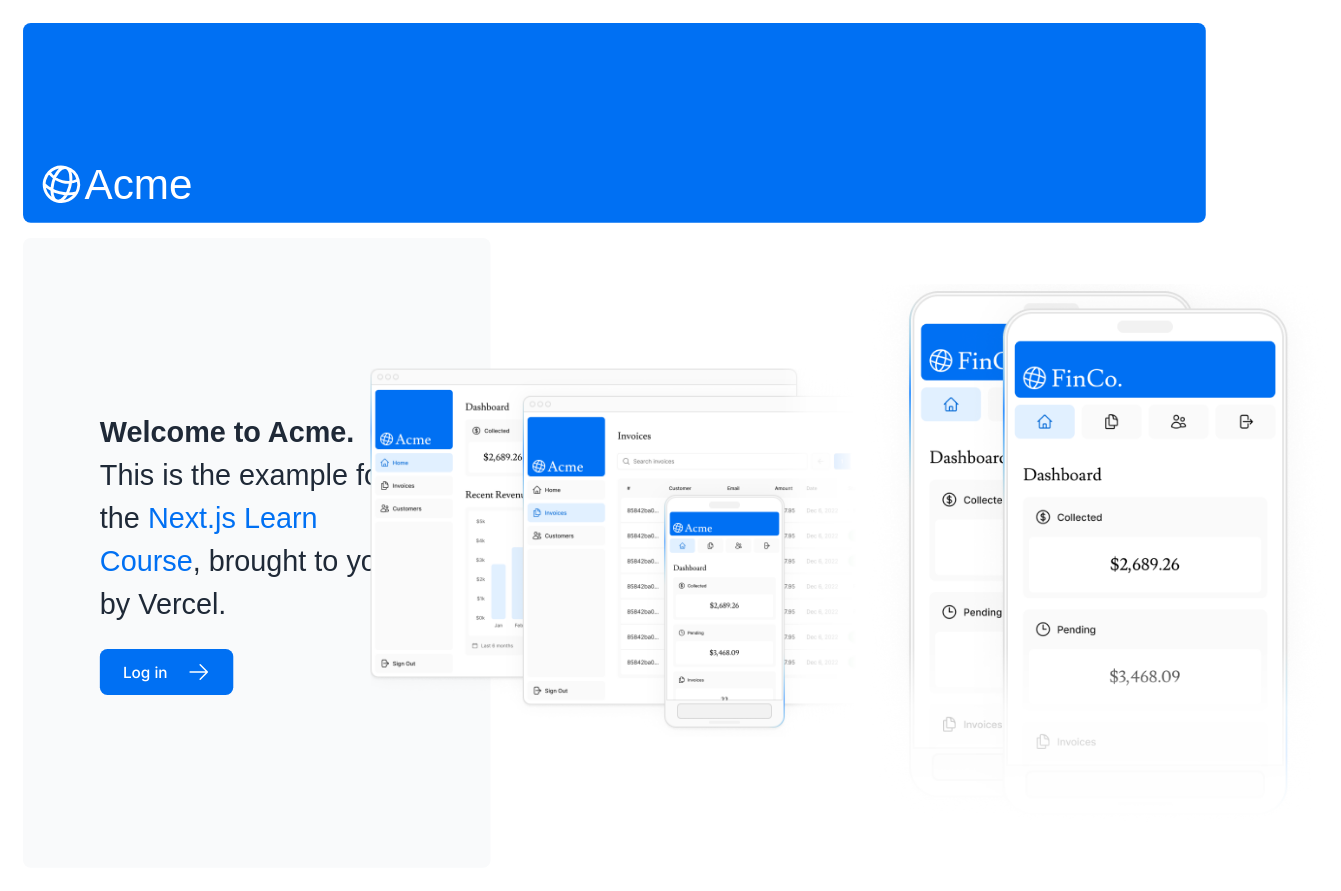
Repository: carlz812/nextjs-demo-dashboard
Page: /
The author's editor kept a copy of each file at every save. The page is drawn from the files as they stood at one save, then again after a run of saves.
The browser window is 1280 px wide. The page is 1397 px wide, then 1280 px, so the pictures cover 1397 px, including what lies to the right of the window. The pictures show the whole page, at 96% of full size.
Some web fonts or font styles are not loaded; a fallback is used. The project was rebuilt for these pictures with package versions that can differ from the ones it lists, and the page was loaded fresh each time. The framework's server and built-in components were replaced by stand-ins that run in the browser. Also part of the build but not shown: next.config.js.

Above is the page before, as saved 2023-11-27 15:28:02.

After the next 3 saves:
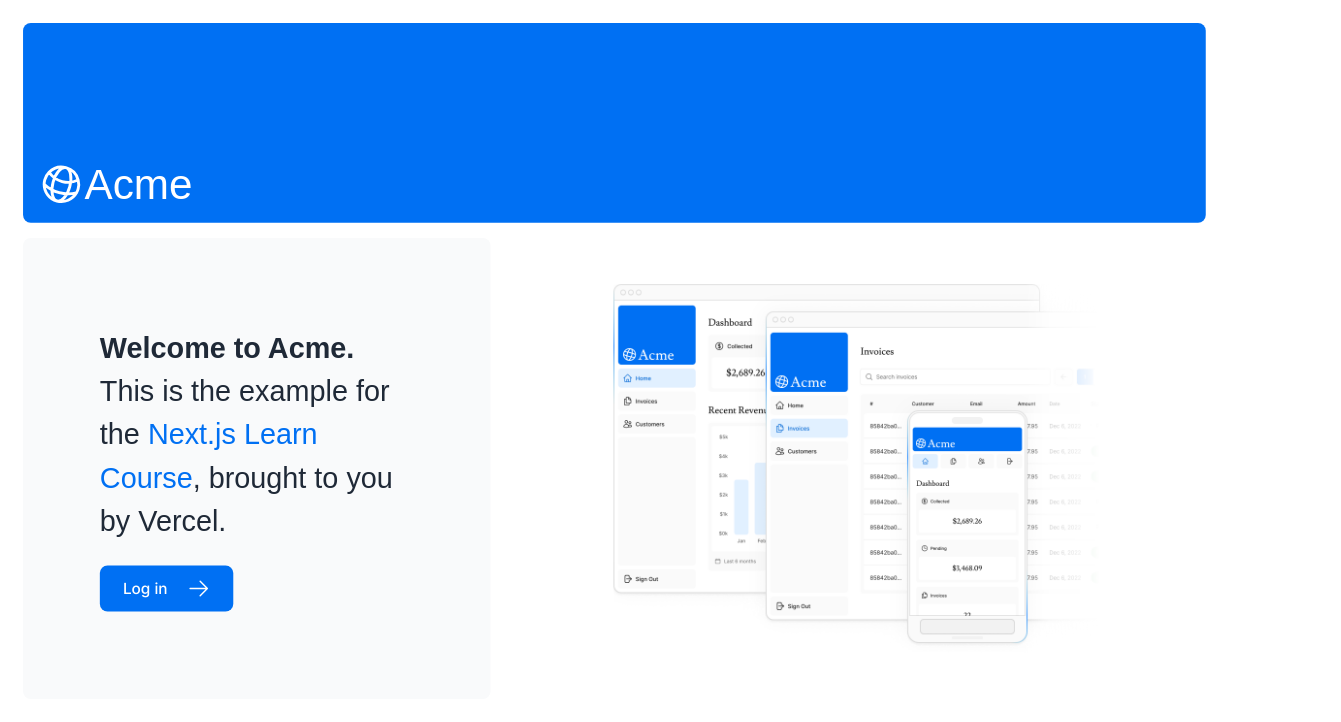
The 3 saves are shown as one change because they came seconds apart.
The last was saved 105 s later.
--- a/app/page.tsx
+++ b/app/page.tsx
@@ -40,7 +40,7 @@
             src="/hero-mobile.png"
             width={560}
             height={620}
-            className="hidden md:block"
+            className="hidden md:hidden"
             alt="Screenshots of the dashboard project showing desktop version"
           />
         </div>
